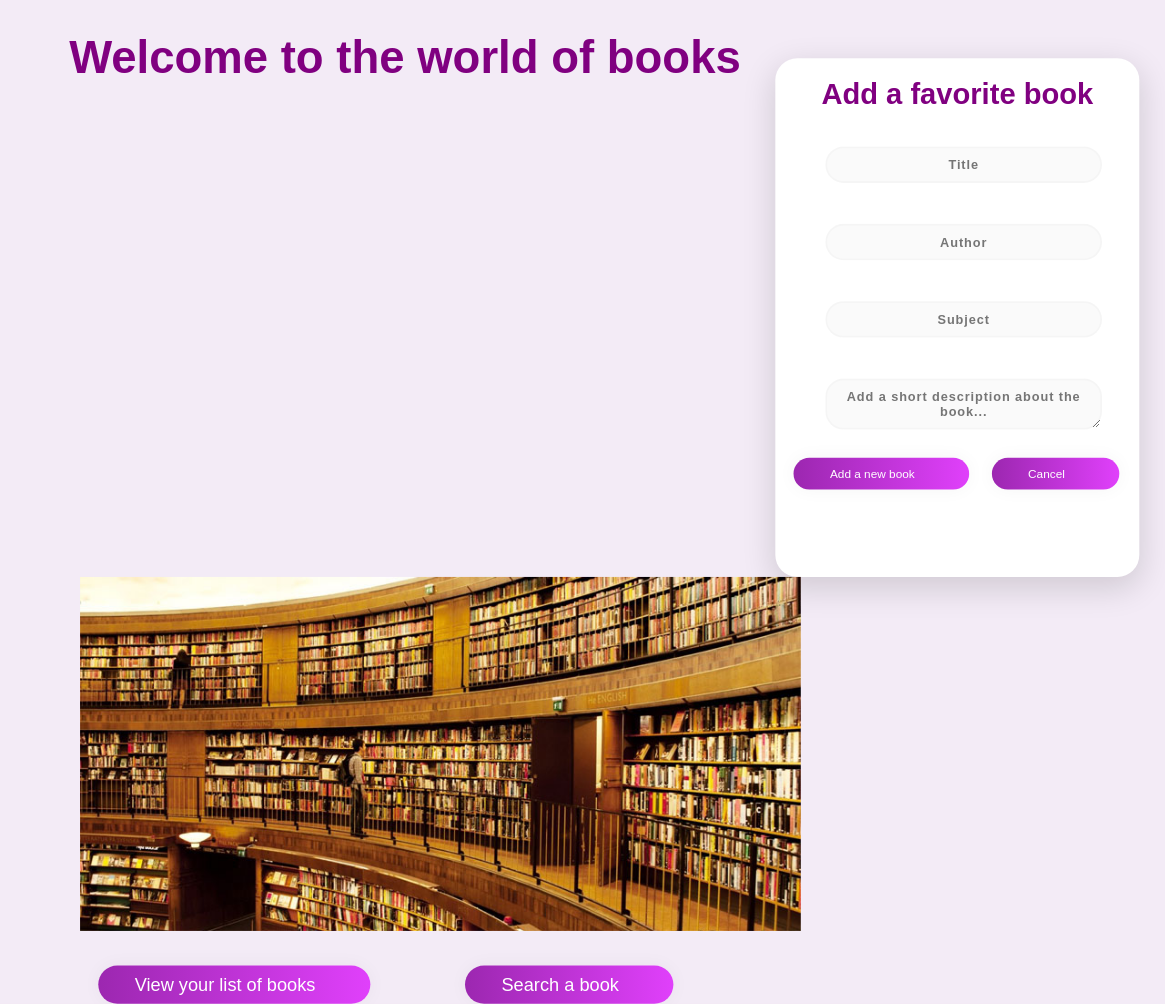
Repository: marinaserbanoiu/Cloud-Computing-Project
Page: server/frontend/index.html
The author's editor kept a record of every edit. The page is drawn from the files as they stood at one moment, then again after the next edit.
The browser window is 1280 px wide. The pictures show the whole page, at 91% of full size.

Above is the page before.

After the next edit:
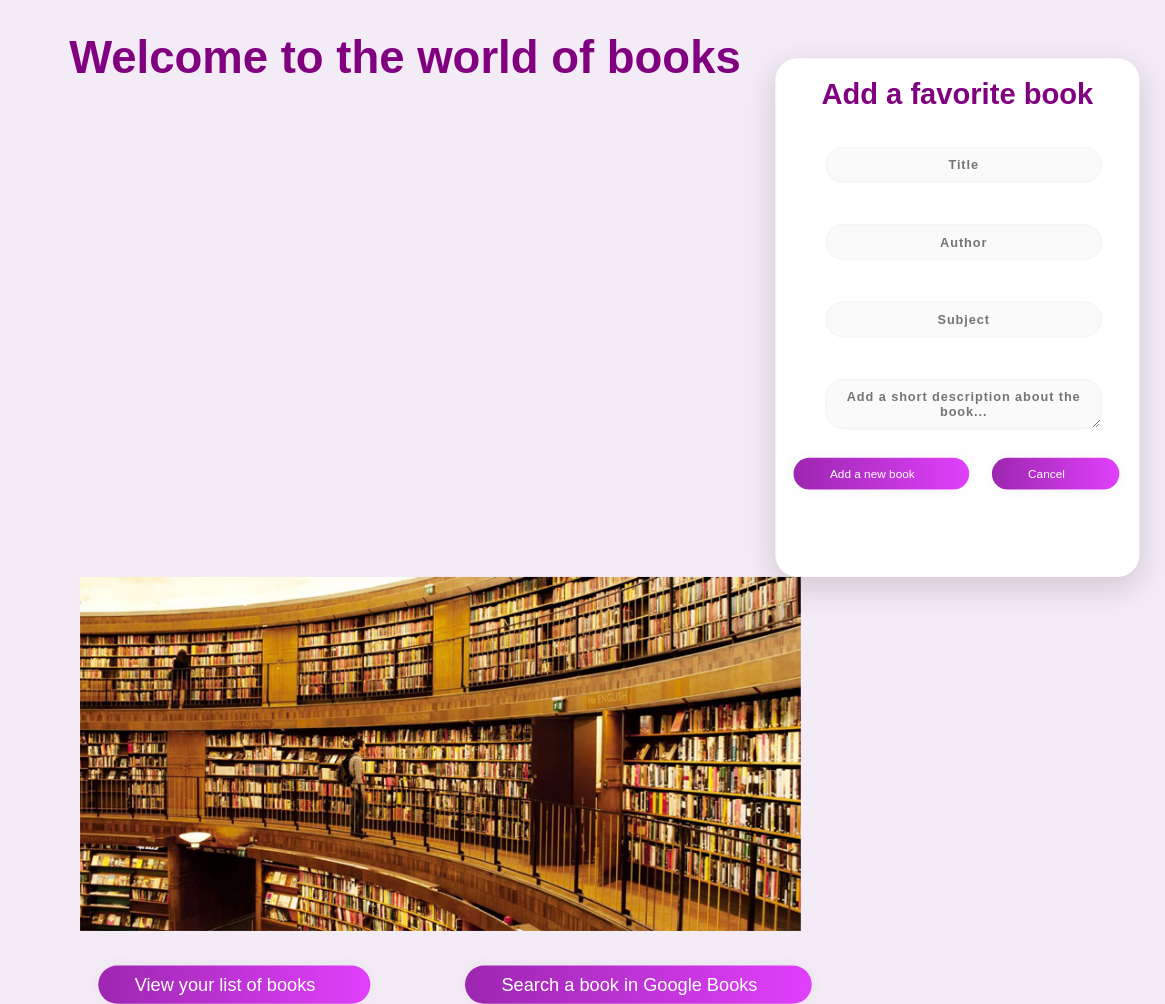
The edit:
--- a/server/frontend/index.html
+++ b/server/frontend/index.html
@@ -114,7 +114,7 @@
         </div>
         <br/>
 <a  class="lista" href="carte.html">View your list of books</a>
-<a  class="lista" href="bb.html">Search a book</a>
+<a  class="lista" href="bb.html">Search a book in Google Books</a>
 <script src="https://unpkg.com/axios/dist/axios.min.js"></script>
     <script
     src="https://code.jquery.com/jquery-3.3.1.min.js"
